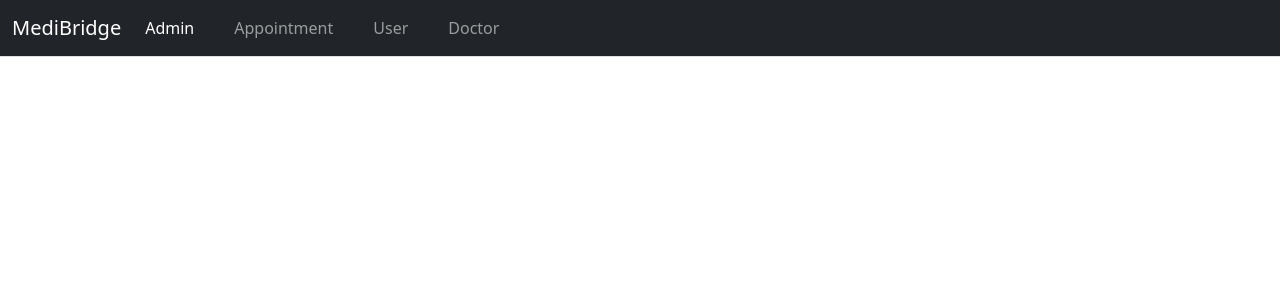
Repository: Abhinavan2004/MediBridge-hms
Page: http://localhost/Hospital_Management_System/User.jsp
These files come from the project's save history. The page is drawn as it stood at one moment and after a run of saves; the edit follows.
The browser window is 1280 px wide. The pictures show the whole page.
The page is served by Tomcat 9.

Above is the page before, as saved 2025-07-13 12:05:54.

After the next 4 saves:
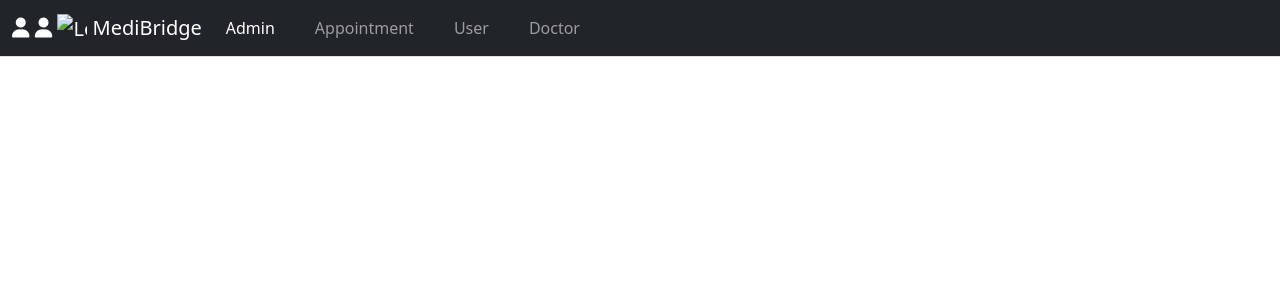
The 4 saves are shown as one change because 3 did not build or start.
The last was saved 2 min 7 s later.
--- a/Hospital_Management_System/src/main/webapp/components/navbar.jsp
+++ b/Hospital_Management_System/src/main/webapp/components/navbar.jsp
@@ -1,3 +1,4 @@
+
 <!DOCTYPE html>
 <html lang="en">
 <head>
@@ -5,13 +6,17 @@
     <meta name="viewport" content="width=device-width, initial-scale=1.0">
     <title>Fixed Navbar</title>
     <link href="https://cdn.jsdelivr.net/npm/bootstrap@5.3.0/dist/css/bootstrap.min.css" rel="stylesheet">
+<link rel="stylesheet" href="https://cdnjs.cloudflare.com/ajax/libs/font-awesome/6.4.0/css/all.min.css">
+
 </head>
 <body>
 
 <nav class="navbar navbar-expand-lg navbar-dark bg-dark border-bottom">
     <div class="container-fluid">
-        <a class="navbar-brand" href="#">
-                <i class="fa-solid fa-user"></i>
+        <a class="navbar-brand" href="#"><i class="fa-solid fa-user"></i>
+        <i class="fa-solid fa-user"></i>
+
+            <img src="#" alt="Logo" width="30" height="24" class="d-inline-block align-text-top">
             MediBridge
         </a>
 
